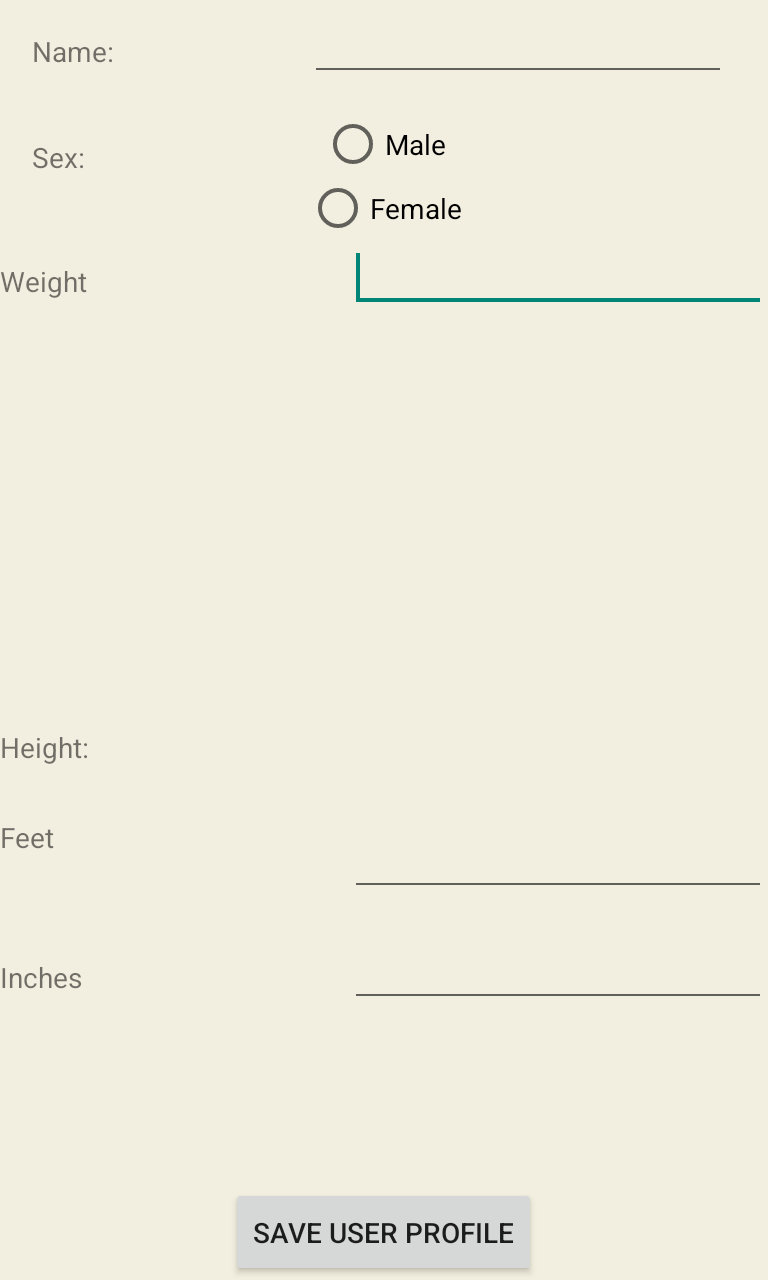
Repository: CS185Wingman/wingman
Layout: Workspace/wingman/res/layout/user_settings.xml
These files come from the project's save history. The layout is drawn as it stood at one moment and after the next save; the edit follows.
It is drawn on a 768 x 1280 px phone screen (xhdpi) without system bars, with theme AppTheme; the app's code is not run.

Above is the layout before, as saved 2014-06-06 04:32:27.

After the next save:
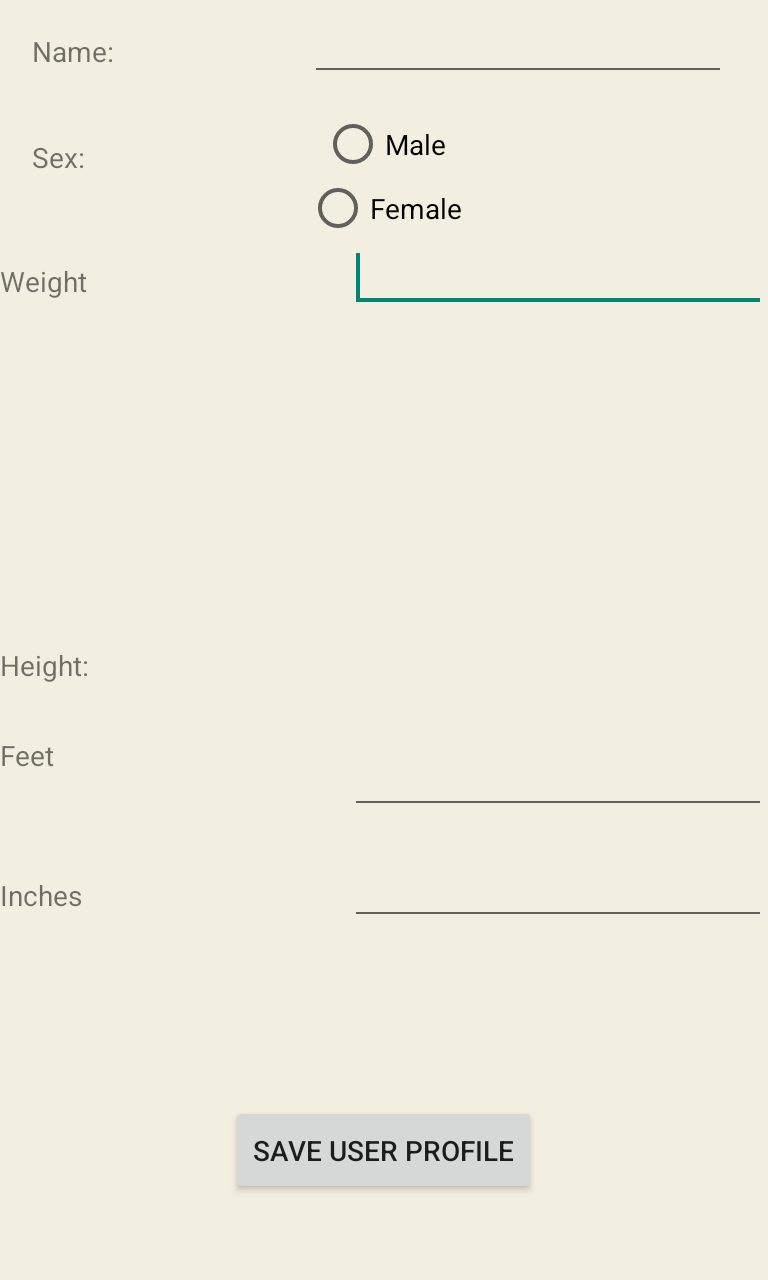
Saved 11 s later.
--- a/Workspace/wingman/res/layout/user_settings.xml
+++ b/Workspace/wingman/res/layout/user_settings.xml
@@ -48,14 +48,6 @@
         android:layout_alignBottom="@+id/inchesField"
         android:layout_alignLeft="@+id/feetLabel"
         android:text="Inches" />
-
-    <Button
-        android:id="@+id/saveSettingsButton"
-        android:layout_width="wrap_content"
-        android:layout_height="wrap_content"
-        android:layout_alignParentBottom="true"
-        android:layout_centerHorizontal="true"
-        android:text="Save User Profile" />
 
     <TextView
         android:id="@+id/weightLabel"
@@ -132,4 +124,13 @@
         android:layout_centerHorizontal="true"
         android:text="Male" />
 
+    <Button
+        android:id="@+id/saveSettingsButton"
+        android:layout_width="wrap_content"
+        android:layout_height="wrap_content"
+        android:layout_alignParentBottom="true"
+        android:layout_centerHorizontal="true"
+        android:layout_marginBottom="41dp"
+        android:text="Save User Profile" />
+
 </RelativeLayout>

After the save that followed:
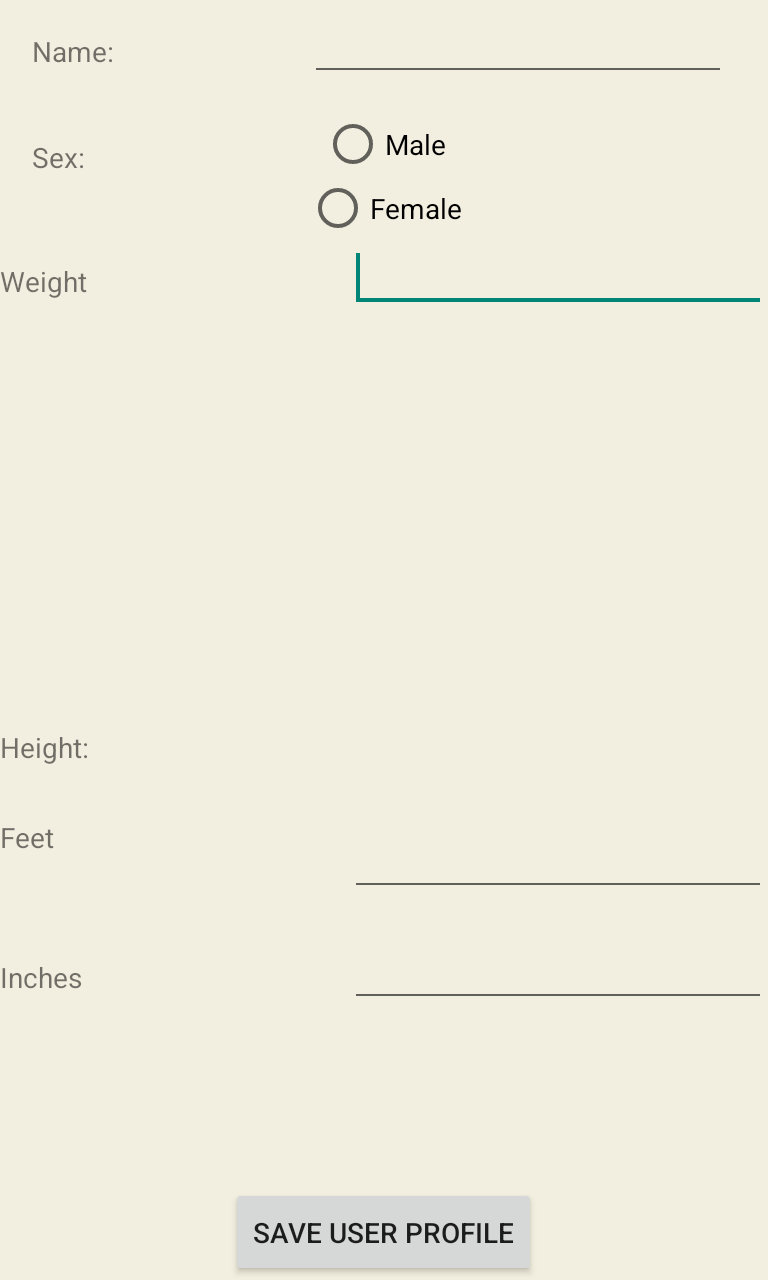
Saved 85 s later.
--- a/Workspace/wingman/res/layout/user_settings.xml
+++ b/Workspace/wingman/res/layout/user_settings.xml
@@ -130,7 +130,7 @@
         android:layout_height="wrap_content"
         android:layout_alignParentBottom="true"
         android:layout_centerHorizontal="true"
-        android:layout_marginBottom="41dp"
+
         android:text="Save User Profile" />
 
 </RelativeLayout>
